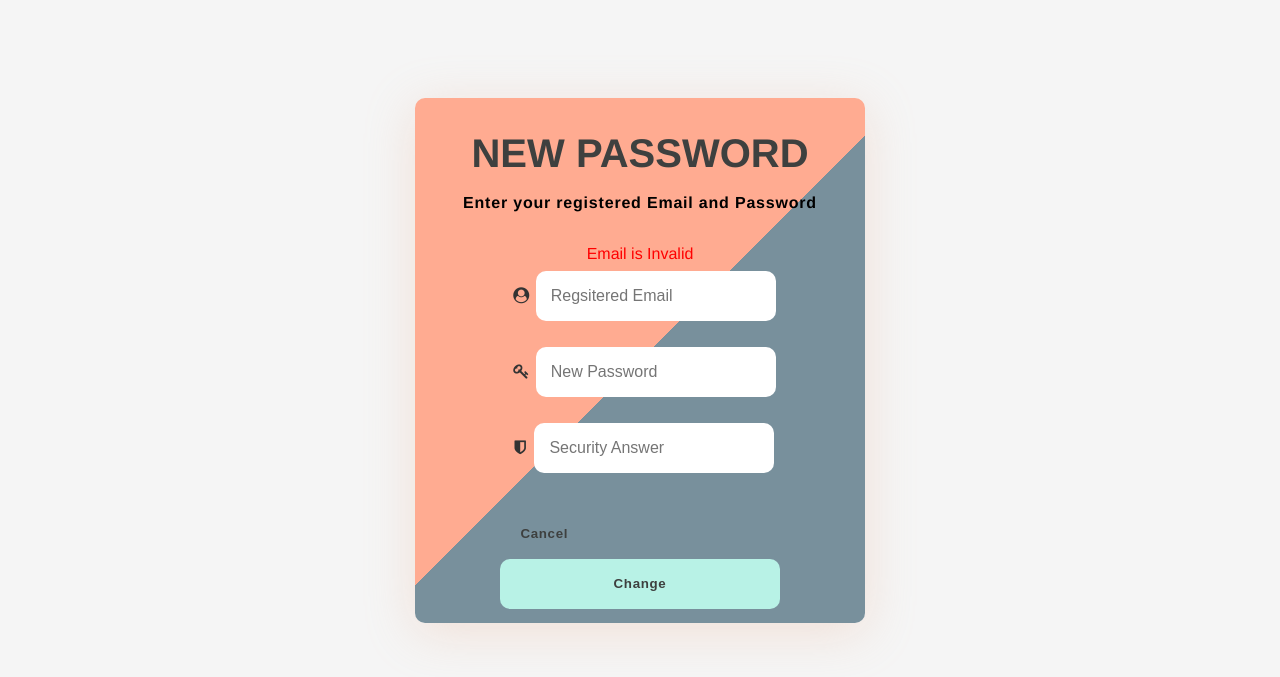
Repository: DhanushPrabha22/Zoho-Mini-Project
Page: http://localhost/ToDo_List/forgotpwd.do
These files come from the project's save history. The page is drawn as it stood at one moment and after the next save; the edit follows.
The browser window is 1280 px wide. The pictures show the whole page.
Some web libraries are served in a nearby version. The page is served by Tomcat 9.

Above is the page before, as saved 2021-03-17 10:43:09.

After the next save:
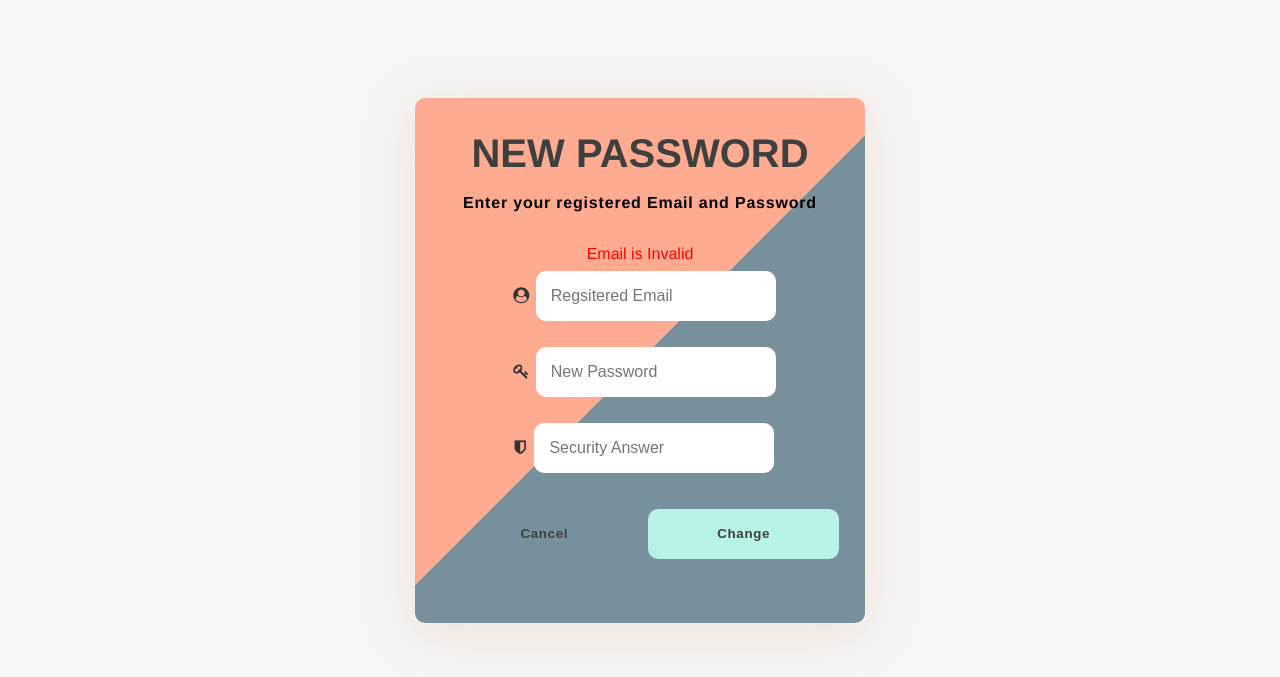
Saved 47 s later.
--- a/Todo Eclipse/ToDo_List/WebContent/forgotPwd.jsp
+++ b/Todo Eclipse/ToDo_List/WebContent/forgotPwd.jsp
@@ -55,7 +55,7 @@ Created By Dhanush L
 					<br><br><br>
 					<div class="other">
 						<button class="button submits frgt-pass" onclick="cancel()">Cancel</button>
-						<html:submit styleClass="sign-up button" value="Change"/>
+						<html:submit styleClass="sign-up submits button" value="Change"/>
 					</div>
 				</html:form>
 			</div>
